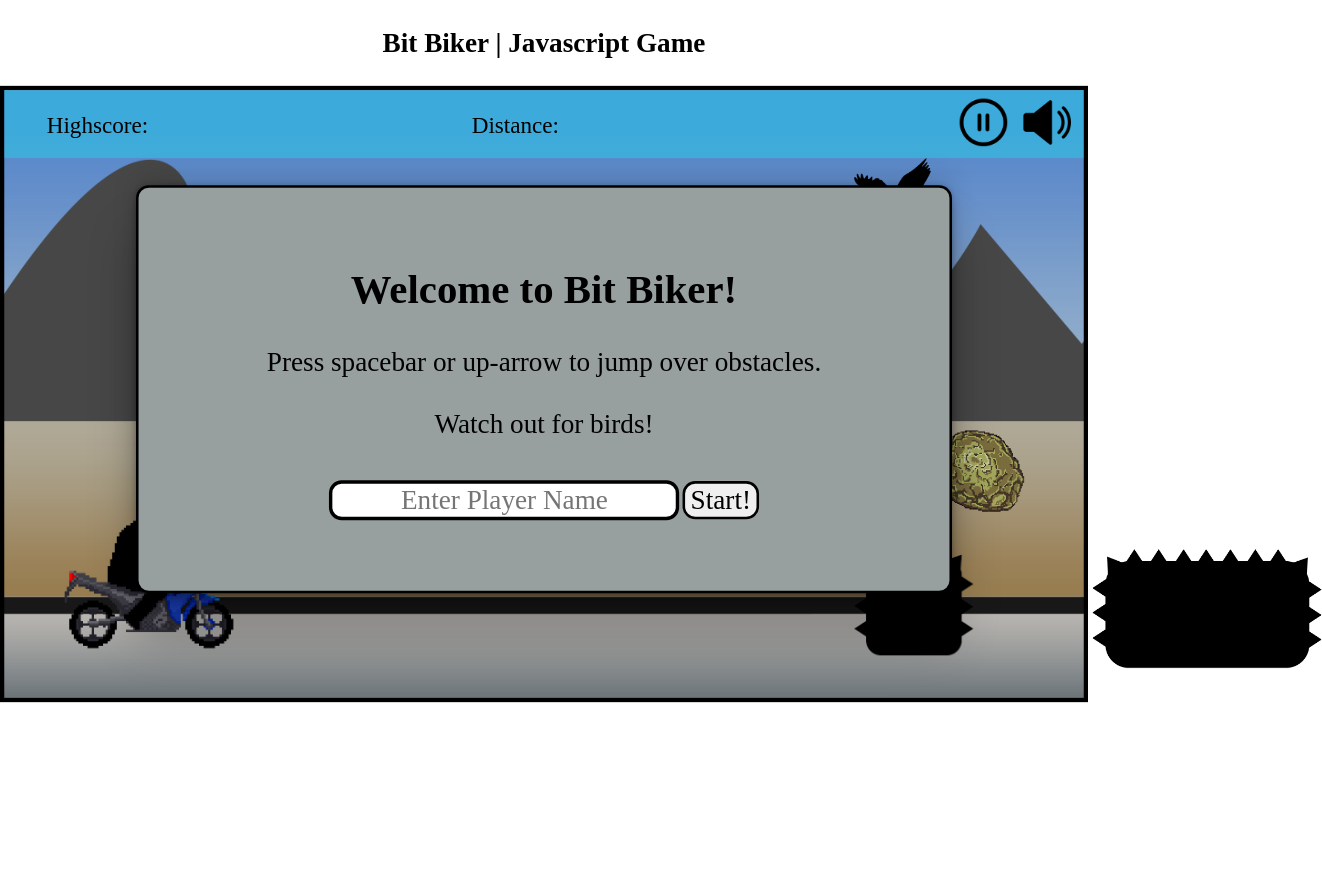
Repository: jellymel0n/bit-biker
Page: index.html
The author's editor kept a copy of each file at every save. The page is drawn from the files as they stood at one save, then again after the next save.
The browser window is 1280 px wide. The page is 1555 px wide, so the pictures cover 1555 px, including what lies to the right of the window. The pictures show the whole page, at 85% of full size.

Above is the page before, as saved 2021-07-07 13:37:47.

After the next save:
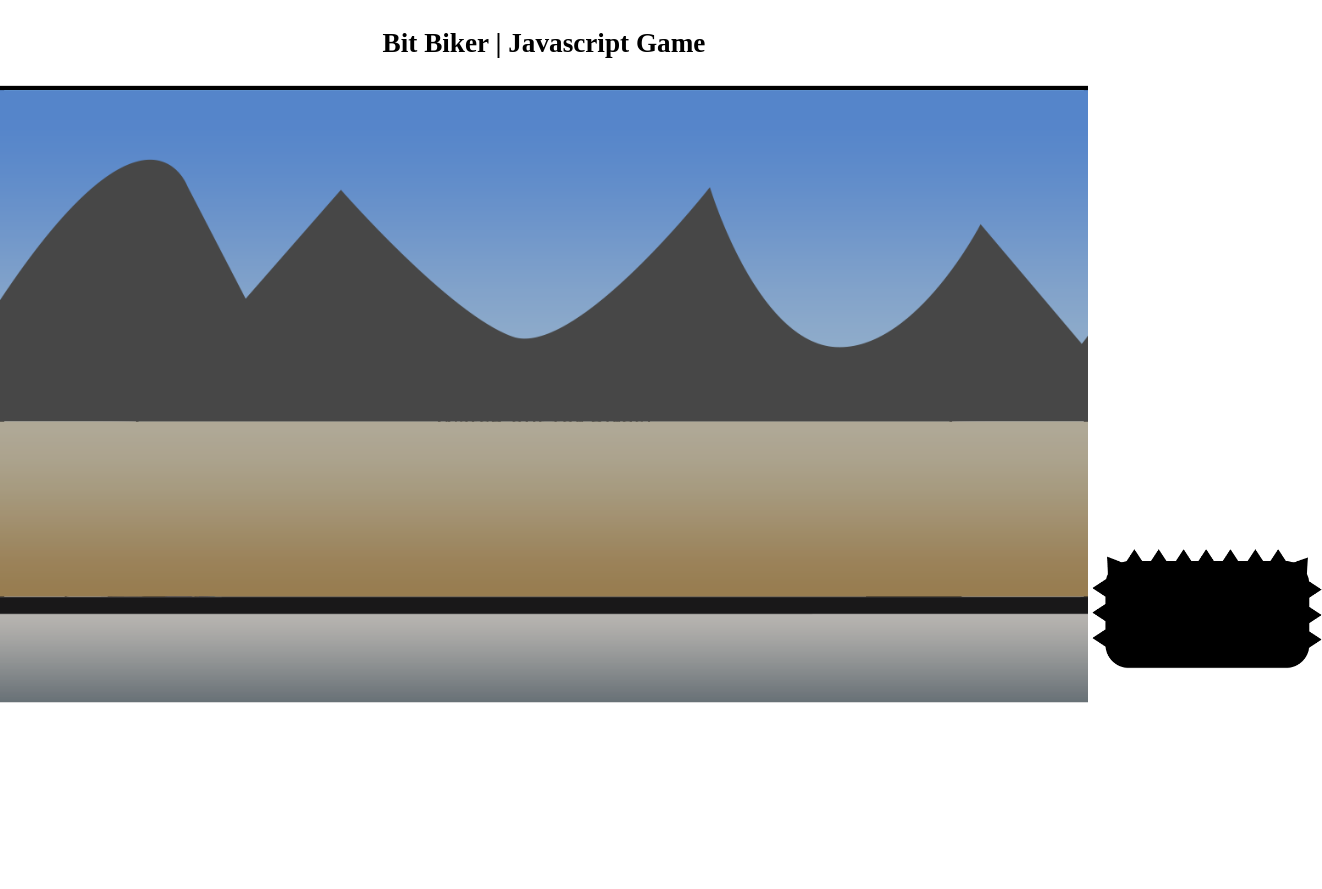
Saved 3 min 44 s later.
--- a/scripts/script.js
+++ b/scripts/script.js
@@ -87,7 +87,7 @@
             left:${left}px;
             top:${top}px;
             background-image:url('${oBGLayer.backgroundImage}');
-            z-index: -5;
+            z-index: 5;
             background-position-x:0px;
             background-position-y:0px;
             background-repeat: repeat-x;"

After the save that followed:
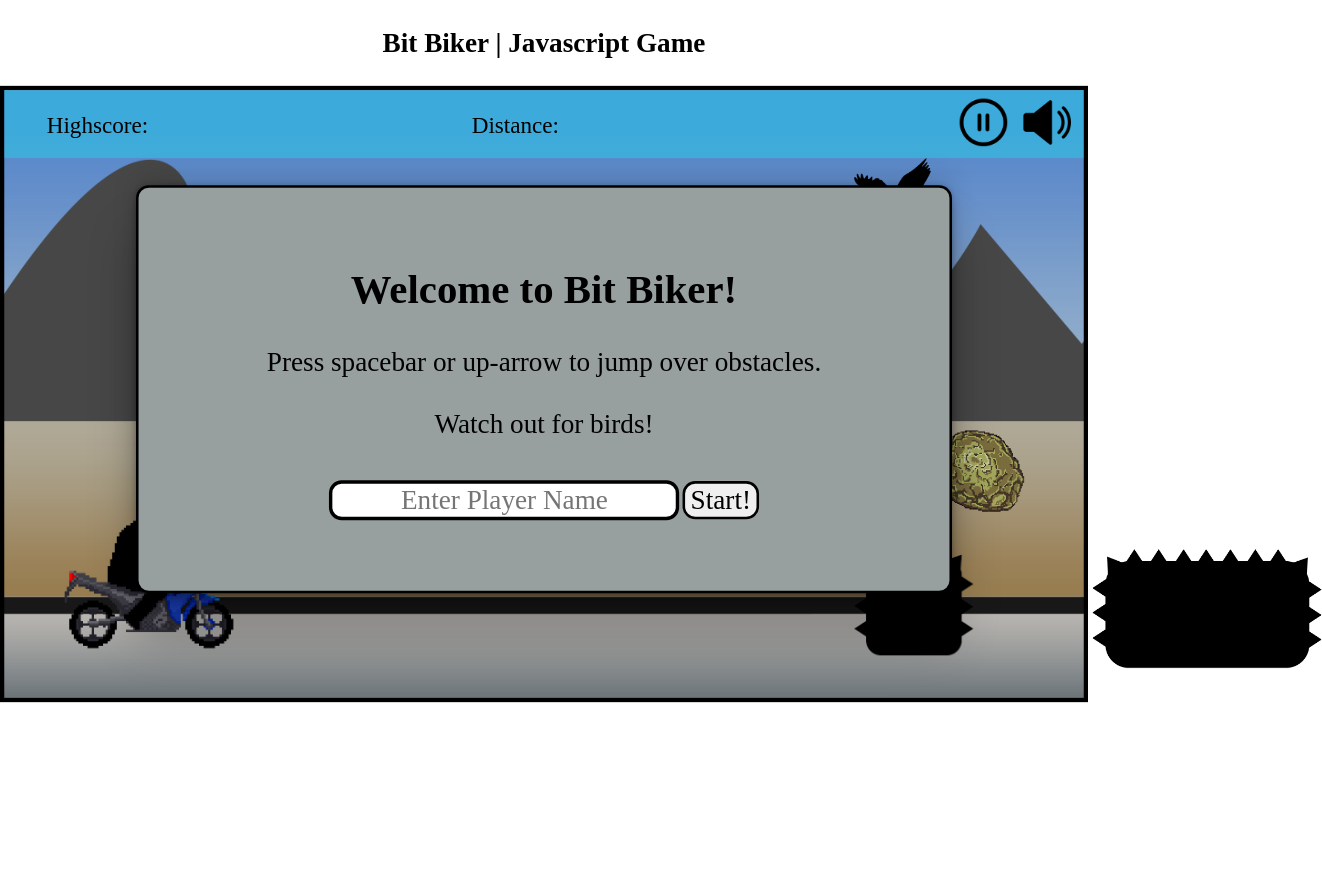
Saved 4 s later.
--- a/scripts/script.js
+++ b/scripts/script.js
@@ -87,7 +87,7 @@
             left:${left}px;
             top:${top}px;
             background-image:url('${oBGLayer.backgroundImage}');
-            z-index: 5;
+            z-index: -5;
             background-position-x:0px;
             background-position-y:0px;
             background-repeat: repeat-x;"
